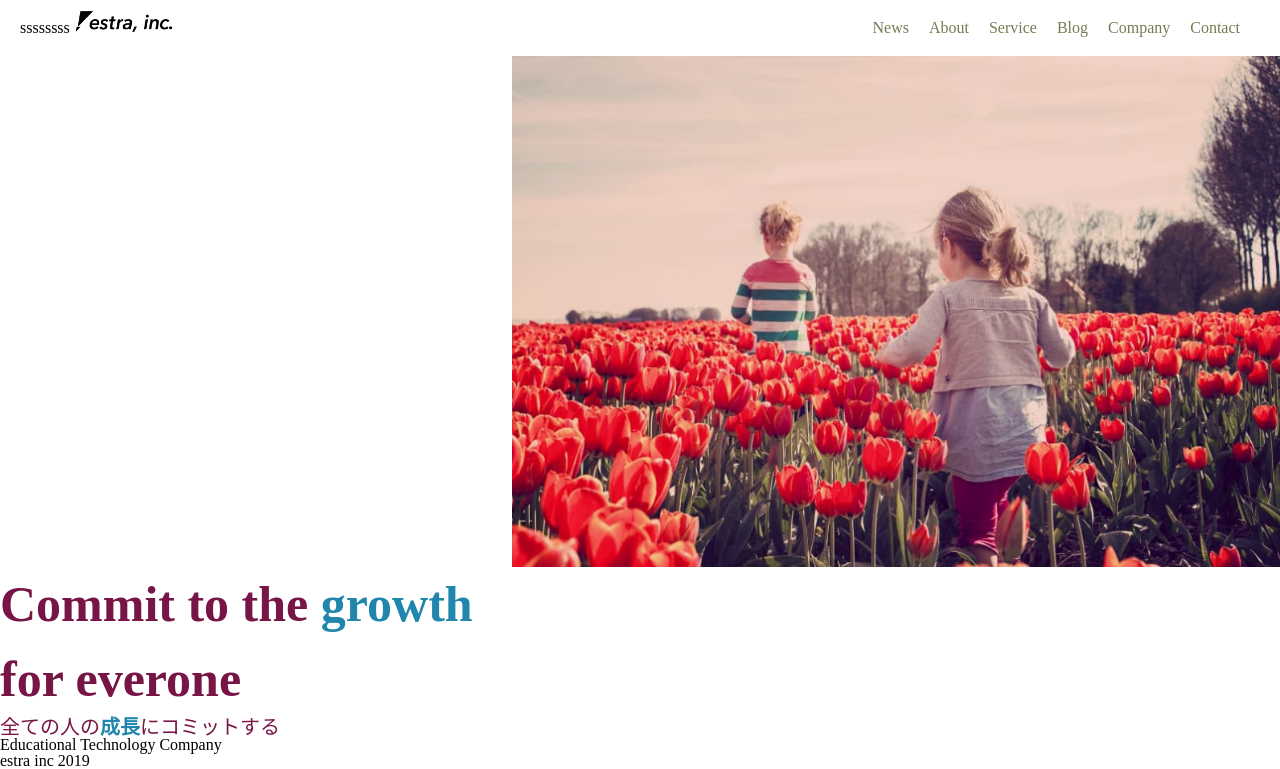
Repository: masanarimiura/20220504miura
Page: index.html
These files come from the project's save history. The page is drawn as it stood at one moment and after a run of saves; the edit follows.
The browser window is 1280 px wide. The pictures show the whole page.
Some web fonts or font styles are not loaded; a fallback is used.

Above is the page before, as saved 2022-05-04 18:28:51.

### index.html
<!DOCTYPE html>
<html lang="ja">

<head>
  <meta charset="UTF-8">
  <meta http-equiv="X-UA-Compatible" content="IE=edge">
  <meta name="viewport" content="width=device-width, initial-scale=1.0">
  <title>20220504miura</title>
  <link rel="stylesheet" href="css/reset.css">
  <link rel="stylesheet" href="css/style.css">
  <link rel="preconnect" href="https://fonts.googleapis.com">
  <link rel="preconnect" href="https://fonts.gstatic.com" crossorigin>
  <link href="https://fonts.googleapis.com/css2?family=Gochi+Hand&display=swap" rel="stylesheet">
</head>
<header class="header">
  <div class="header-inner">
    <div class="header-logo">
      <a href="">ssssssss
        <img src="img/estra_logo.png" alt="">
      </a>
    </div>
    <nav class="header-nav">
      <ul class="header-nav-list">
        <li class="header-nav-item"><a href="" class="header-nav-link">
            News
          </a></li>
        <li class="header-nav-item"><a href="" class="header-nav-link">
            About
          </a></li>
        <li class="header-nav-item"><a href="" class="header-nav-link">
            Service
          </a></li>
        <li class="header-nav-item"><a href="" class="header-nav-link">
            Blog
          </a></li>
        <li class="header-nav-item"><a href="" class="header-nav-link">
            Company
          </a></li>
        <li class="header-nav-item"><a href="" class="header-nav-link">
            Contact
          </a></li>
      </ul>
    </nav>
  </div>
</header>
<div class="firstview">
  <img src="img/firstview.jpg" alt="">
  <h2 class="firstview-ttl">
    Commit to the <span class="firstview-text-emphasis">growth</span> <br>for everone
  </h2>
  <div class="firstview">
    <p class="firstview-text">
      全ての人の<span class="firstview-text-emphasis">成長</span>にコミットする
    </p>
    <p class="firstview-en">
      Educational Technology Company <br>estra inc 2019
    </p>
  </div>
</div>

<body>

</body>

</html>

### css/style.css
a {
  text-decoration: none;
  color: inherit;
}
.header {
  width: 100%;
}
.header-inner {
  display: flex;
  justify-content: space-between;
  margin: 10px 20px;
}
.header img {
  width: 100px;
}
.header-nav {
  margin: 10px 20px;
}
.header-nav-list {
  display: flex;
  justify-content: center;
}
.header-nav-item {
  color: rgb(120, 123, 82);
}
.header-nav-item:not(:last-child) {
  padding-right: 20px;
}
.firstview {
  width: 100%;
  position: relative;
}
.firstview img {
  width: 60%;
  margin: 0 0 0 auto;
  display: block;
}
.firstview-ttl {
  color: rgb(119, 21, 70);
  font-size: 50px;
  font-family: "Gochi Hand", cursive;
  line-height: 1.5;
}
.firstview-text {
  color: rgb(119, 21, 70);
  font-size: 20px;
  mt
}
.firstview-text-emphasis {
  color: rgb(32, 134, 172);
  font-weight: bold;
}

Loaded but not shown: css/reset.css (common file)

After the next 2 saves:
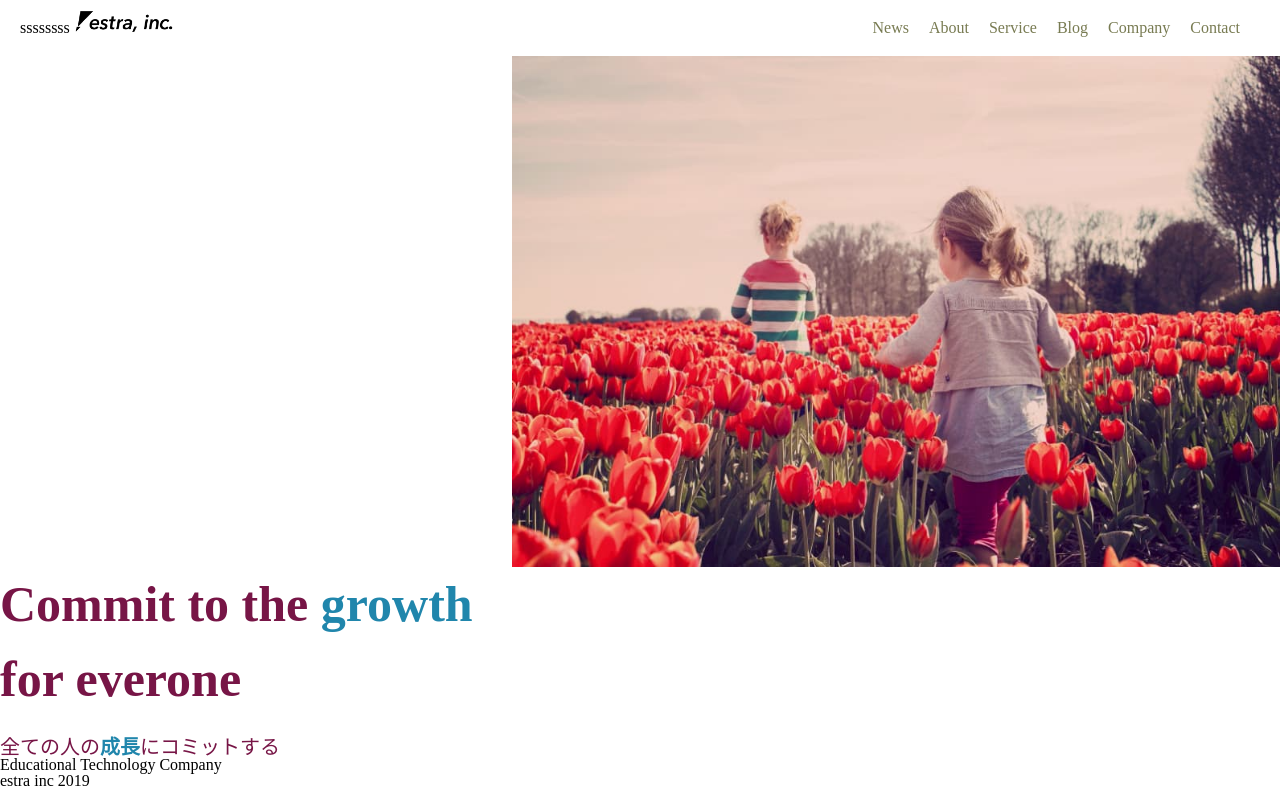
The 2 saves are shown as one change because they came seconds apart.
The last was saved 9 s later.
--- a/css/style.css
+++ b/css/style.css
@@ -44,7 +44,7 @@ a {
 .firstview-text {
   color: rgb(119, 21, 70);
   font-size: 20px;
-  mt
+  margin-top: 20px;
 }
 .firstview-text-emphasis {
   color: rgb(32, 134, 172);
